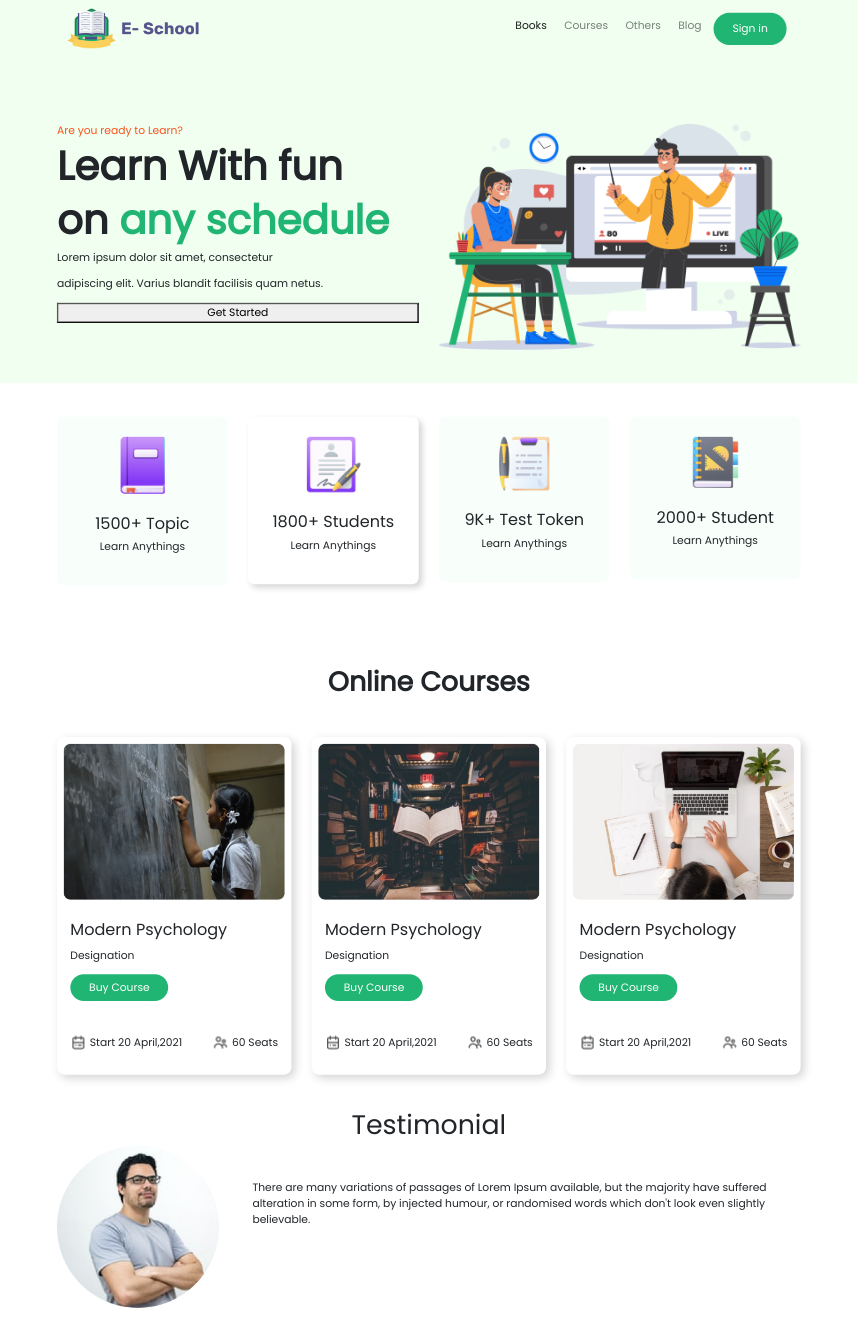
Repository: mohsinfarabi/e-school
Page: index.html
An editor plug-in stored every save of this project. The page is shown before and after the next save, followed by the edit.
The browser window is 1280 px wide. The pictures show the whole page, at 67% of full size.

Above is the page before, as saved 2020-07-09 18:35:17.

After the next save:
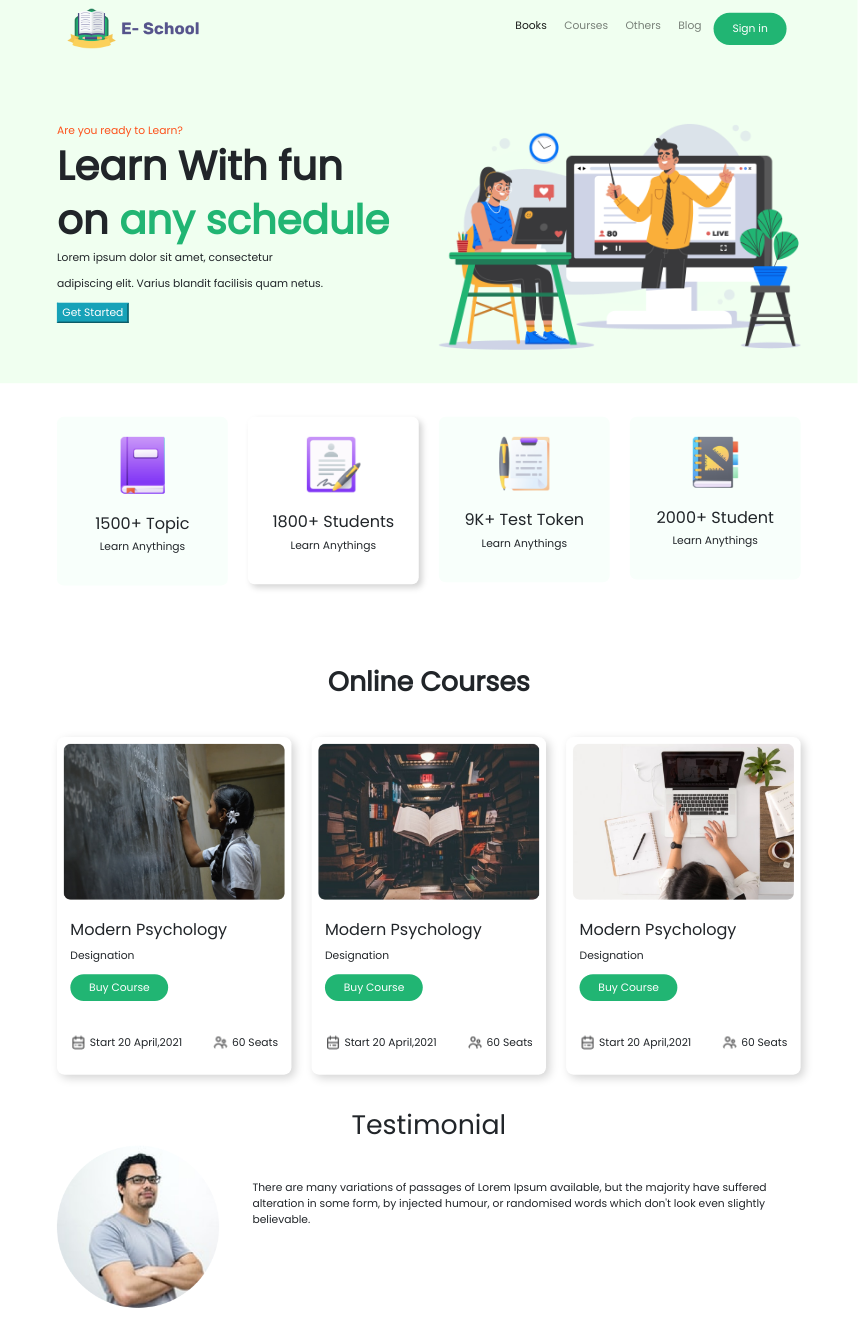
Saved 11 s later.
--- a/index.html
+++ b/index.html
@@ -54,7 +54,7 @@
                     <p>Lorem ipsum dolor sit amet, consectetur </p>
                     <p>adipiscing elit. Varius blandit facilisis quam netus.</p>
 
-                    <button class="btn-block">Get Started</button>
+                    <button class="btn-info">Get Started</button>
 
                 </div>
                 <div class="col-md-6 d-flex justify-content-center">
